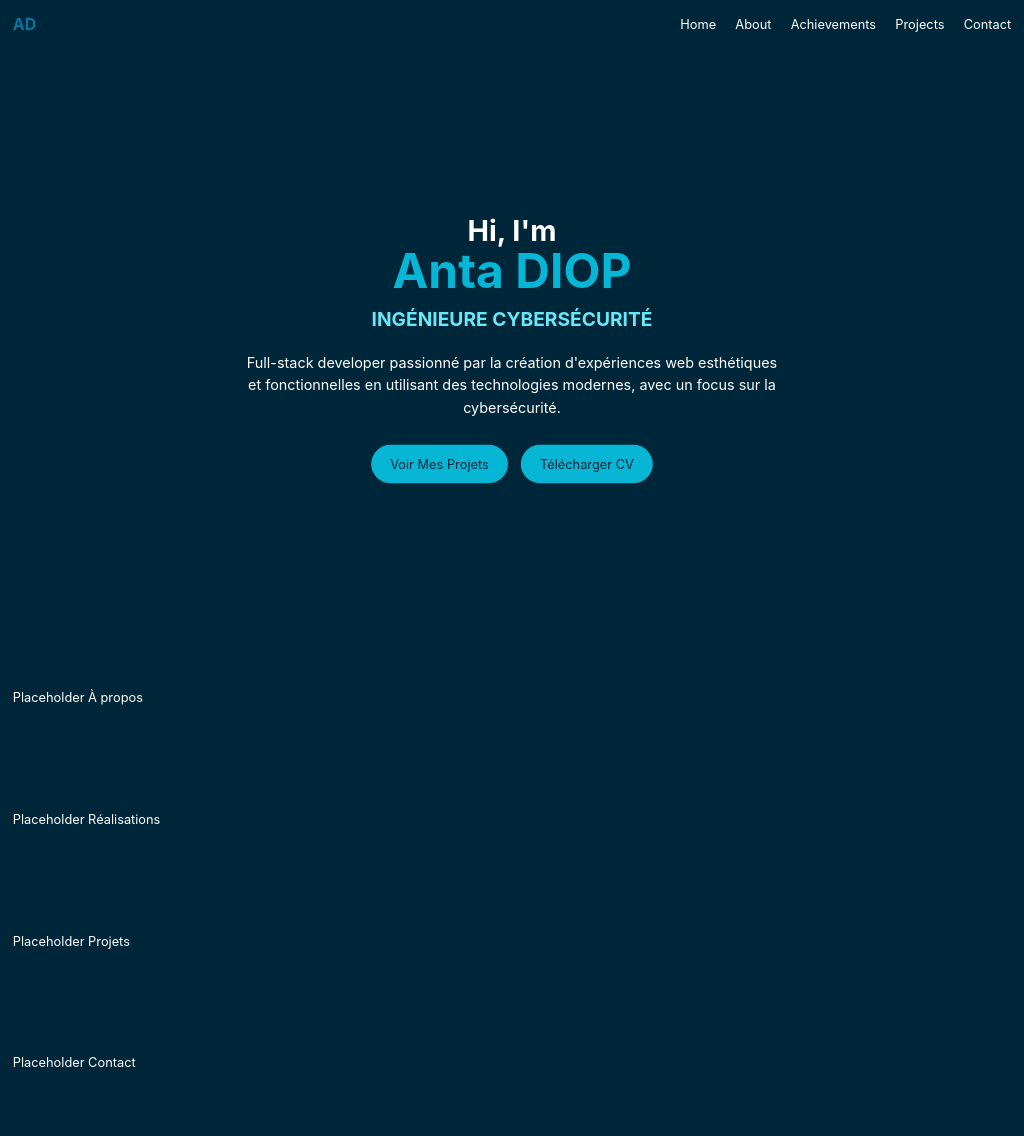
Repository: AntaaaKD/Mon-Portfolio
Page: /
An editor plug-in stored every save of this project. The page is shown before and after a run of saves, followed by the edit.
The browser window is 1280 px wide. The pictures show the whole page, at 80% of full size.
The project was rebuilt for these pictures with package versions that can differ from the ones it lists, and the page was loaded fresh each time.

Above is the page before, as saved 2026-01-14 18:46:56.

After the next 3 saves:
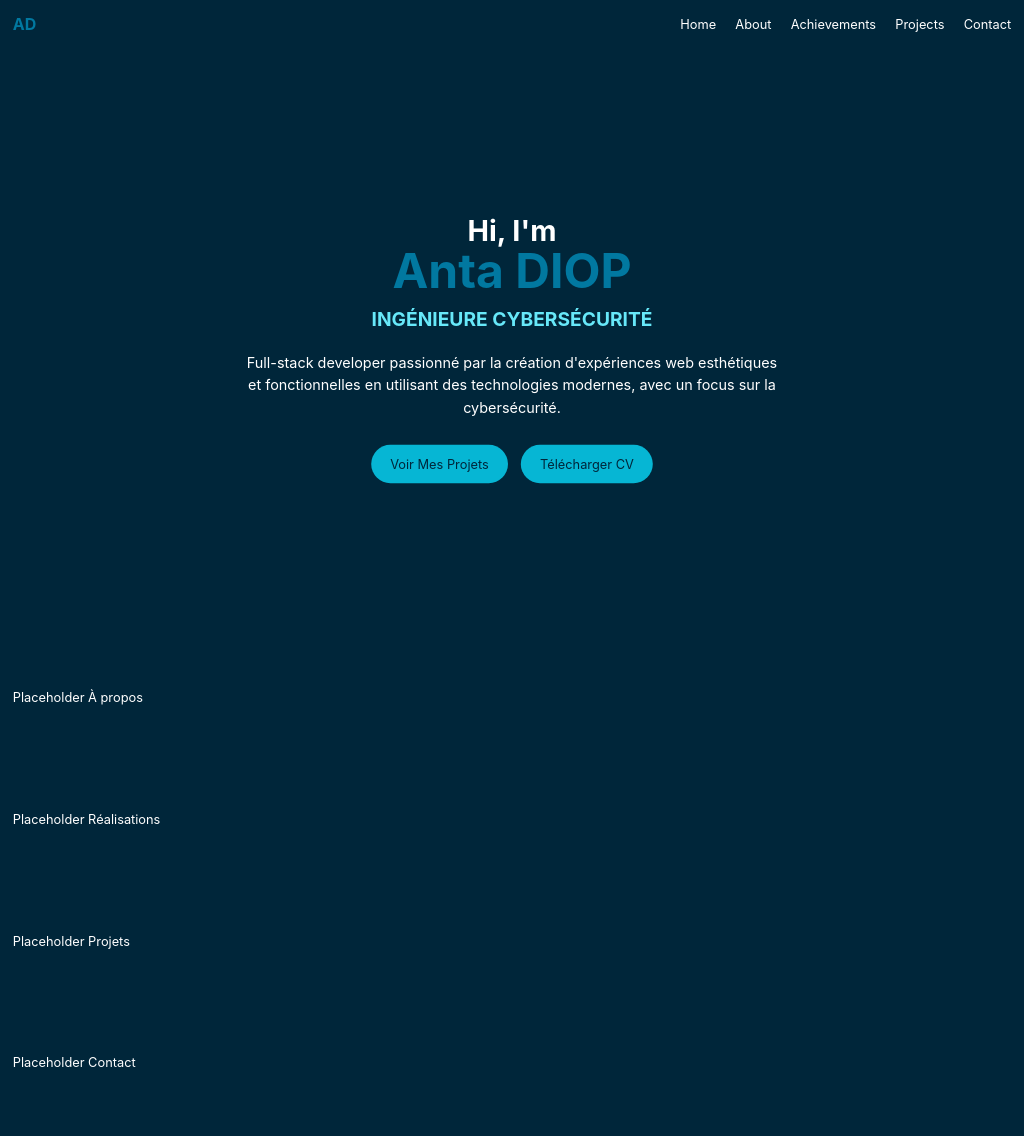
The 3 saves are shown as one change because they came seconds apart.
The last was saved 29 s later.
--- a/src/components/Home.jsx
+++ b/src/components/Home.jsx
@@ -3,7 +3,7 @@
 const Home = () => {
   return (
     <section id="home" className="flex flex-col items-center justify-center h-screen text-center px-4">
-      <h1 className="text-4xl font-bold"> Hi, I'm</h1><h1 className="text-6xl font-bold text-cyan-500 mb-4">Anta DIOP</h1>
+      <h1 className="text-4xl font-bold"> Hi, I'm</h1><h1 className="text-6xl font-bold text-blue-text mb-4">Anta DIOP</h1>
       <h2 className="text-2xl font-bold text-cyan-300 mb-6">INGÉNIEURE CYBERSÉCURITÉ</h2>
       <p className="text-lg mb-8 max-w-2xl">Full-stack developer passionné par la création d'expériences web esthétiques et fonctionnelles en utilisant des technologies modernes, avec un focus sur la cybersécurité.</p>
       <div className="flex space-x-4">

After the 2 saves that followed:
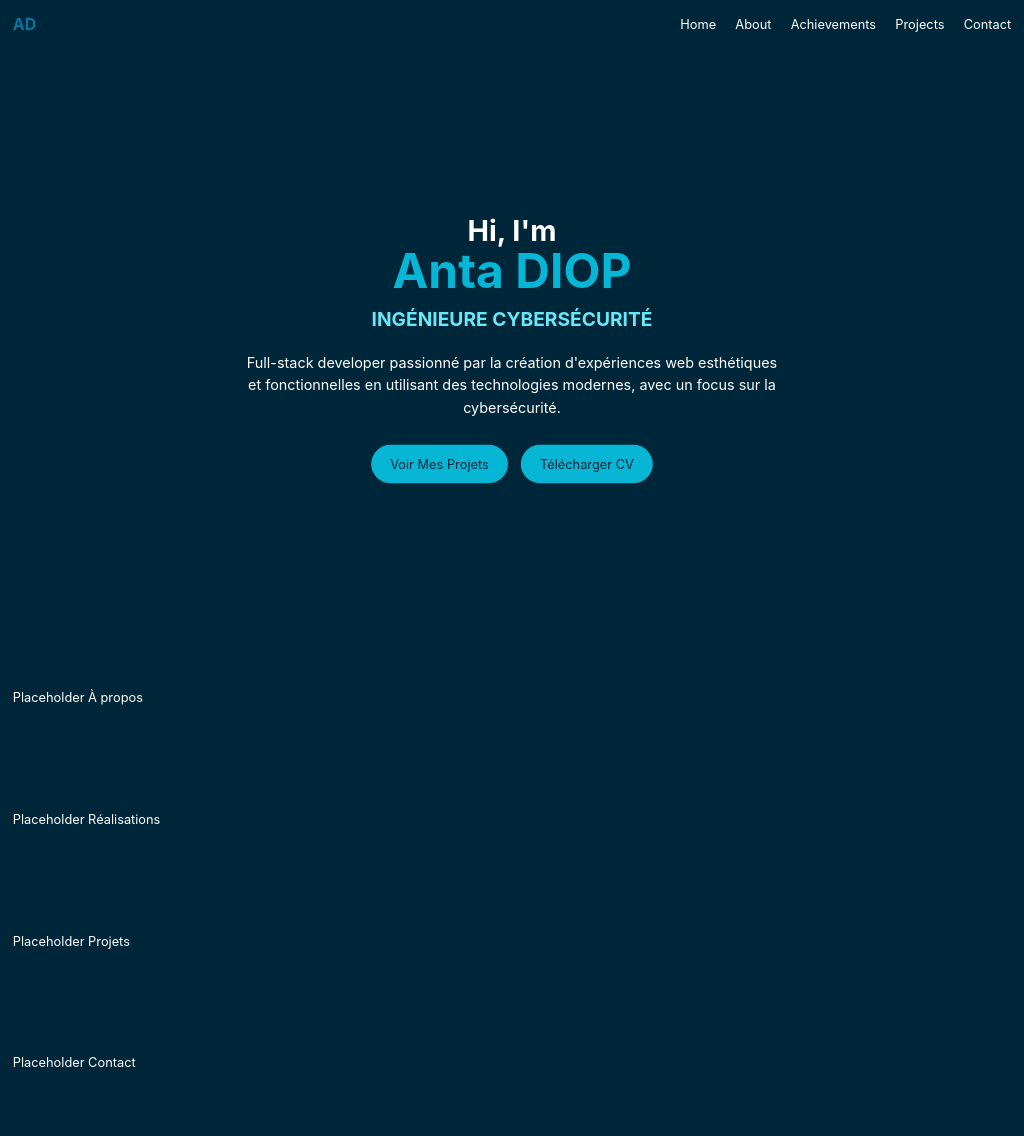
The 2 saves are shown as one change because they came seconds apart.
The last was saved 33 s later.
--- a/src/components/Home.jsx
+++ b/src/components/Home.jsx
@@ -3,7 +3,7 @@
 const Home = () => {
   return (
     <section id="home" className="flex flex-col items-center justify-center h-screen text-center px-4">
-      <h1 className="text-4xl font-bold"> Hi, I'm</h1><h1 className="text-6xl font-bold text-blue-text mb-4">Anta DIOP</h1>
+      <h1 className="text-4xl font-bold"> Hi, I'm</h1><h1 className="text-6xl font-bold text-cyan-500 mb-4">Anta DIOP</h1>
       <h2 className="text-2xl font-bold text-cyan-300 mb-6">INGÉNIEURE CYBERSÉCURITÉ</h2>
       <p className="text-lg mb-8 max-w-2xl">Full-stack developer passionné par la création d'expériences web esthétiques et fonctionnelles en utilisant des technologies modernes, avec un focus sur la cybersécurité.</p>
       <div className="flex space-x-4">
